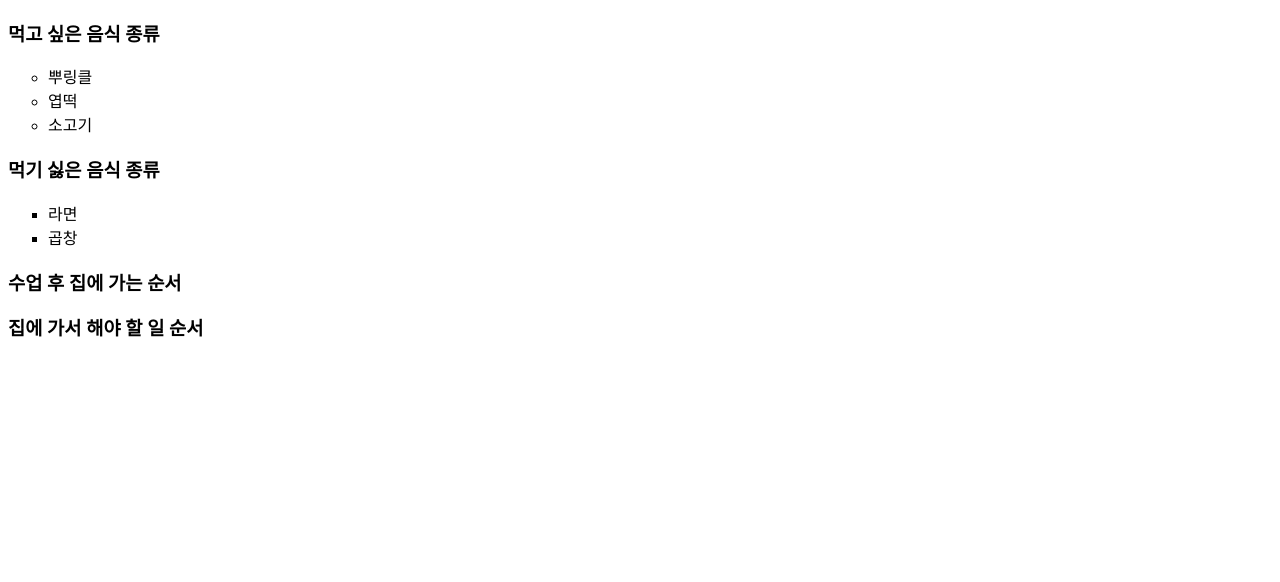
Repository: ujin2021/jsp_study
Page: jsp01/WebContent/list.html
These files come from the project's save history. The page is drawn as it stood at one moment and after the next save; the edit follows.
The browser window is 1280 px wide. The pictures show the whole page.

Above is the page before, as saved 2020-01-11 08:12:54.

### jsp01/WebContent/list.html
<!DOCTYPE html>
<html>
<head>
<meta charset="EUC-KR">
<title>Insert title here</title>
</head>
<body>
<!-- ctrl+shift+/ : 자동주석 -->
<!-- 순서 없는 목록(ul) -->
<h3>먹고 싶은 음식 종류</h3>
<ul type="circle"><!-- disc가 기본값(검정동그라미), ctrl+space누르면 넣을수 있는리스트 나옴 -->
<li>뿌링클</li>
<li>엽떡</li>
<li>소고기</li>
</ul>
<h3>먹기 싫은 음식 종류</h3>
<ul type="square">
<li>라면</li>
<li>곱창</li>
</ul>
<h3>수업 후 집에 가는 순서</h3>
<h3>집에 가서 해야 할 일 순서</h3>
</body>
</html>

After the next save:
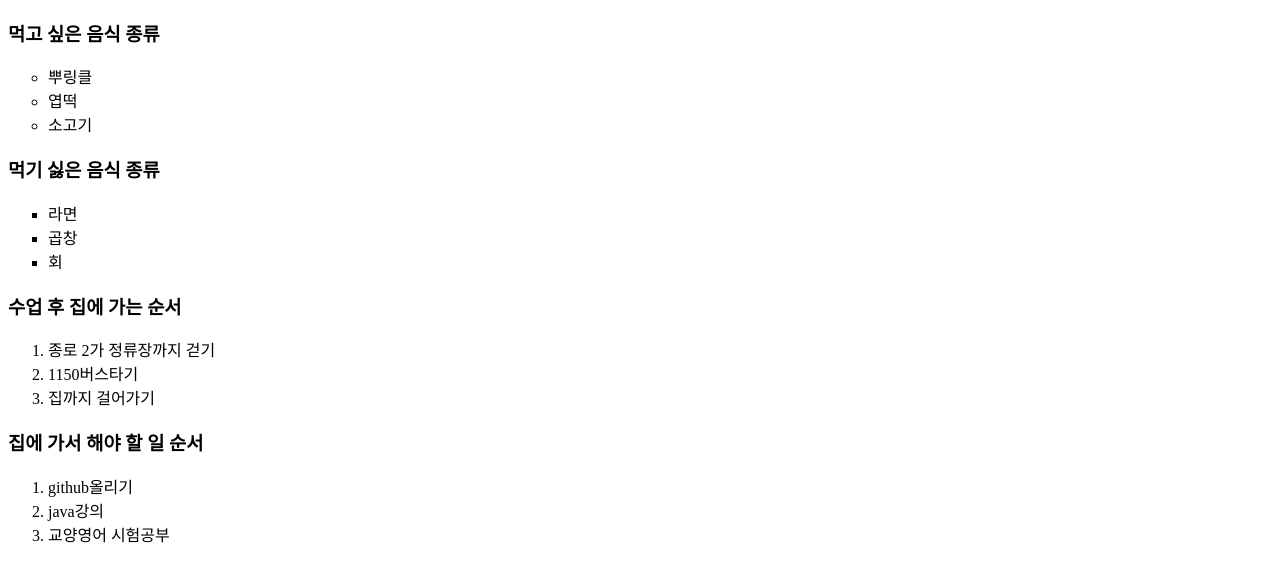
Saved 7 min 36 s later.
--- a/jsp01/WebContent/list.html
+++ b/jsp01/WebContent/list.html
@@ -7,6 +7,7 @@
 <body>
 <!-- ctrl+shift+/ : 자동주석 -->
 <!-- 순서 없는 목록(ul) -->
+<!-- menu : use li -->
 <h3>먹고 싶은 음식 종류</h3>
 <ul type="circle"><!-- disc가 기본값(검정동그라미), ctrl+space누르면 넣을수 있는리스트 나옴 -->
 <li>뿌링클</li>
@@ -17,8 +18,19 @@
 <ul type="square">
 <li>라면</li>
 <li>곱창</li>
+<li>회</li>
 </ul>
 <h3>수업 후 집에 가는 순서</h3>
+<ol>
+<li>종로 2가 정류장까지 걷기</li>
+<li>1150버스타기</li>
+<li>집까지 걸어가기</li>
+</ol>
 <h3>집에 가서 해야 할 일 순서</h3>
+<ol>
+<li>github올리기</li>
+<li>java강의</li>
+<li>교양영어 시험공부</li>
+</ol>
 </body>
 </html>
